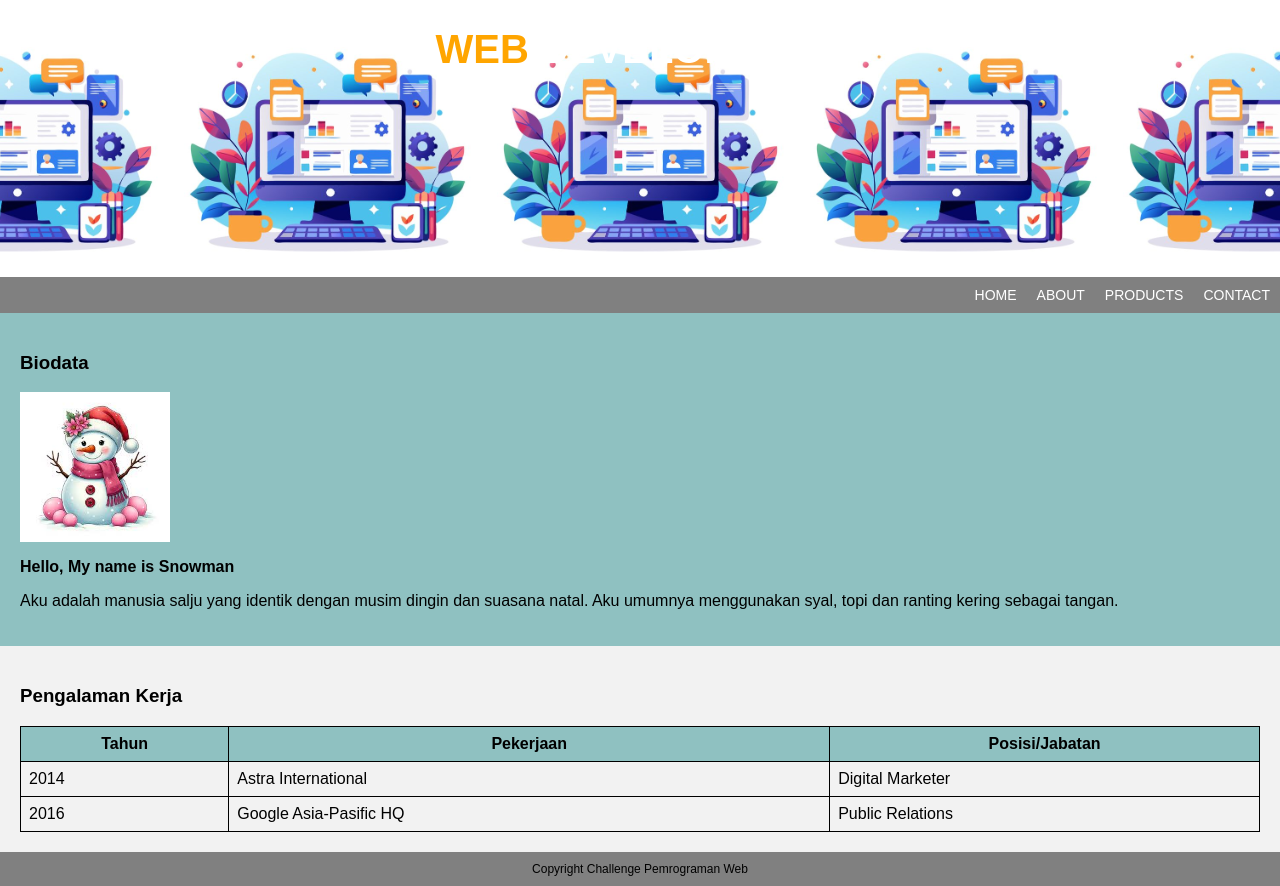
Repository: razitazhr/Pertemuan-6_24.116194
Page: Pertemuan 5/Challenge 5.html
These files come from the project's save history. The page is drawn as it stood at one moment and after the next save; the edit follows.
The browser window is 1280 px wide. The pictures show the whole page.

Above is the page before, as saved 2026-05-03 22:07:08.

After the next save:
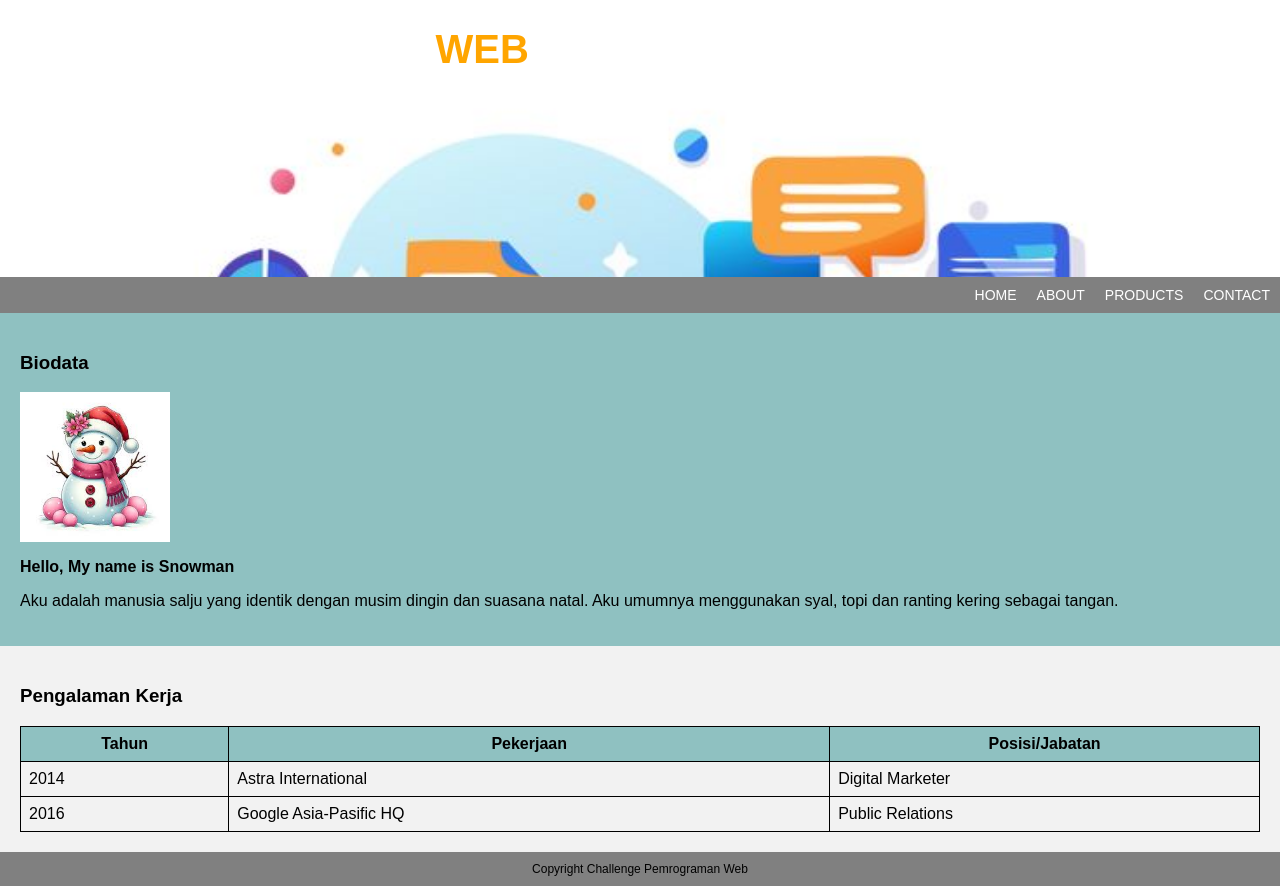
Saved 43 s later.
--- a/Pertemuan 5/Style.CSS
+++ b/Pertemuan 5/Style.CSS
@@ -4,8 +4,7 @@
 }
 .header {
     background-image: url('banner.jpg');
-    background-size: contain;
-    background-color: #4fa3c7;
+    background-size: cover;
     background-position: top;
     height: 250px;
     position: relative;

After the save that followed:
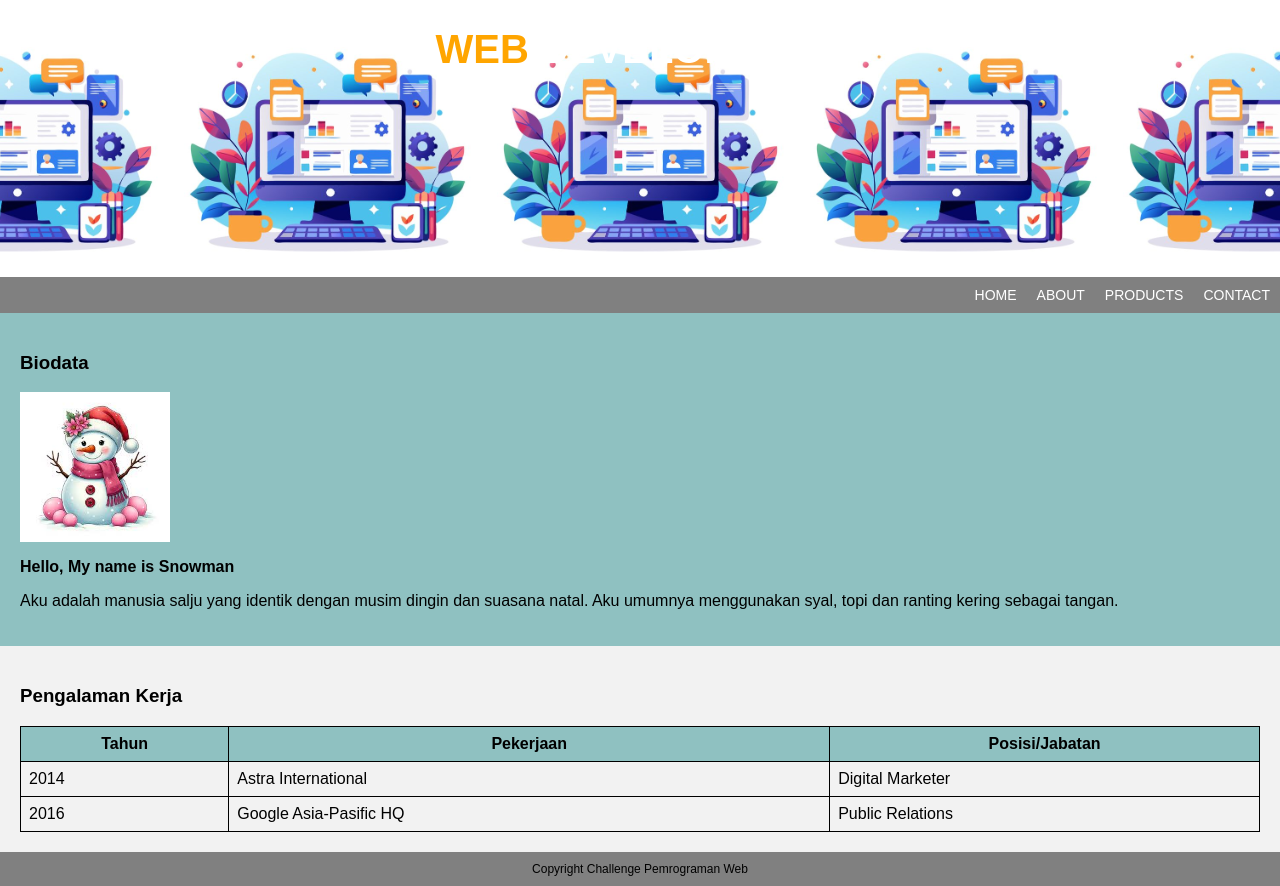
Saved 13 s later.
--- a/Pertemuan 5/Style.CSS
+++ b/Pertemuan 5/Style.CSS
@@ -4,7 +4,7 @@
 }
 .header {
     background-image: url('banner.jpg');
-    background-size: cover;
+    background-size: contain;
     background-position: top;
     height: 250px;
     position: relative;
